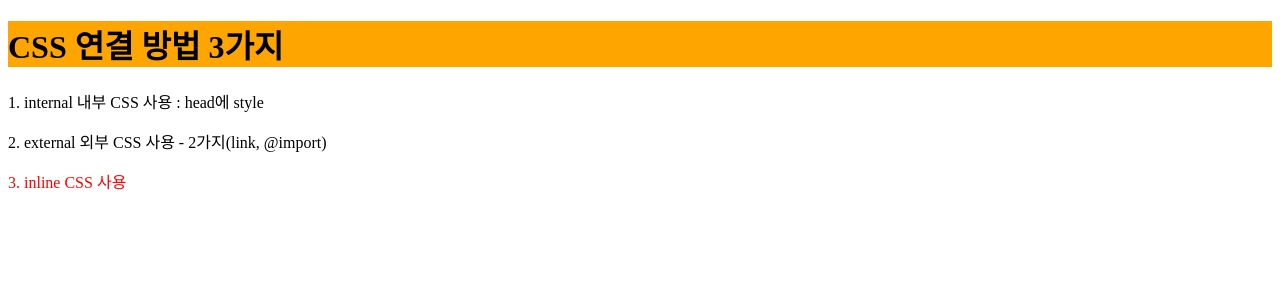
Repository: 753kg/753kg.github.io
Page: KOSTA/webProject/WebContent/day3/csslink.html
An editor plug-in stored every save of this project. The page is shown before and after the next save, followed by the edit.
The browser window is 1280 px wide. The pictures show the whole page.

Above is the page before, as saved 2021-03-31 00:25:16.

After the next save:
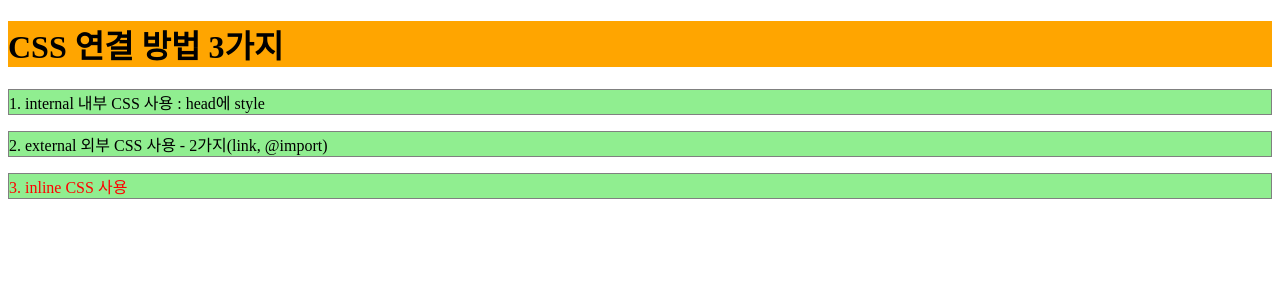
Saved 77 s later.
--- a/KOSTA/webProject/WebContent/day3/csslink.html
+++ b/KOSTA/webProject/WebContent/day3/csslink.html
@@ -3,6 +3,7 @@
 <head>
 <meta charset="UTF-8">
 <title>Insert title here</title>
+<link rel="stylesheet" type="text/css" href="css/external.css">
 <style>
   h1{ background-color: orange; }
 </style>
